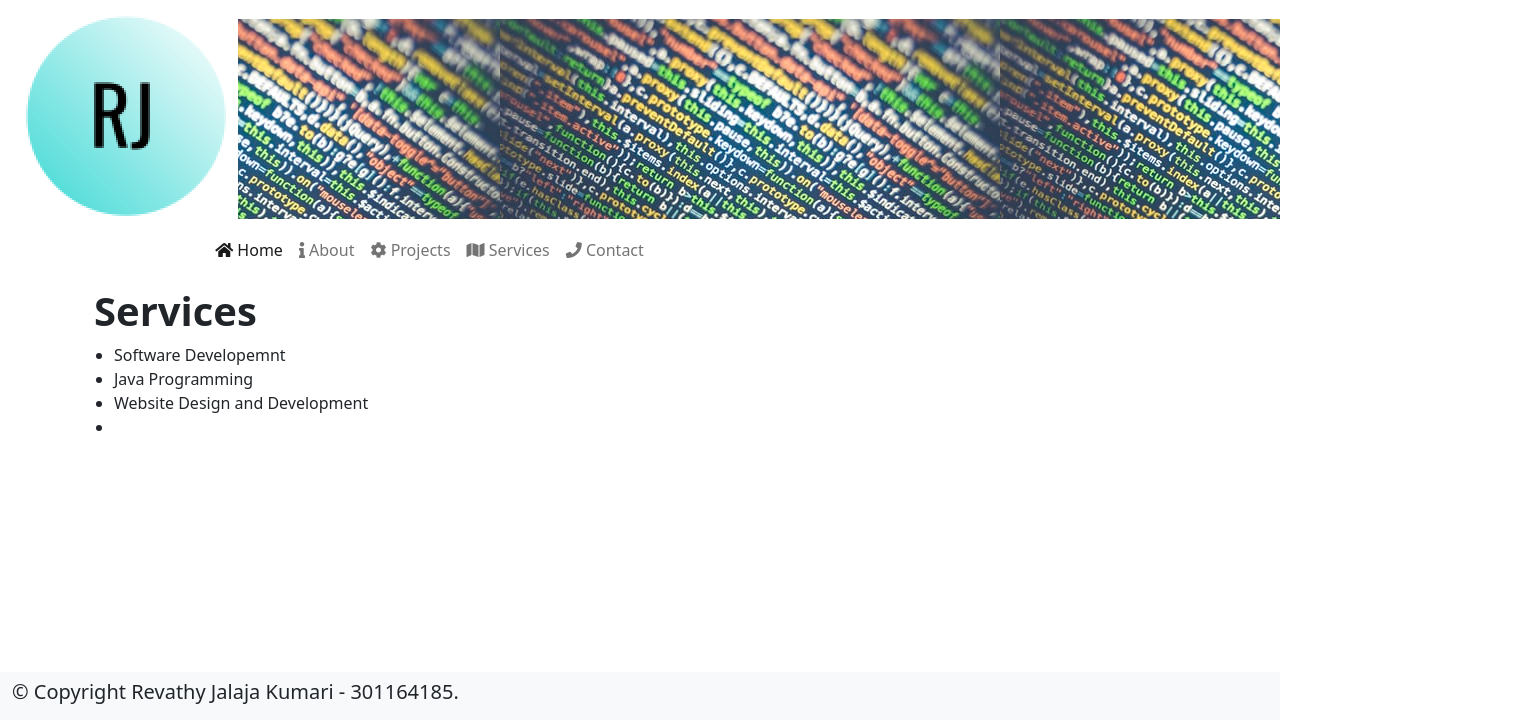
Repository: RevathyJK/Portfolio
Page: http://localhost/services
An editor plug-in stored every save of this project. The page is shown before and after a run of saves, followed by the edit.
The browser window is 1280 px wide. The page is 1519 px wide, so the pictures cover 1519 px, including what lies to the right of the window. The pictures show the whole page.
The page is served by the project's Node server (server.js). Other server files are loaded and not shown.

Above is the page before, as saved 2021-10-01 14:13:50.

### Server/Views/index.ejs
<!DOCTYPE html>
<html lang="en">
<head>
    <meta charset="UTF-8">
    <meta http-equiv="X-UA-Compatible" content="IE=edge">
    <meta name="viewport" content="width=device-width, initial-scale=1.0">
    <title><%= title %></title>
    <!-- CSS Section -->
    <link rel="stylesheet" href="./Content/app.css">
    <link rel="stylesheet" href="./bootstrap/dist/css/bootstrap.min.css">
    <link rel="stylesheet" href="./@fortawesome/fontawesome-free/css/all.min.css">
</head>
<body>
    <!-- Main Navigation Section -->
    <header>
      <%- include('components/header.ejs'); %>
    </header>


    <!-- Content Section -->
    <main>
      <div class="container">
        <%- include('content/' + page + '.ejs'); %>
      </div>
    </main>

    <footer>
    <%- include('components/footer.ejs'); %>
    </footer>

    <!-- JavaScript Section -->
    <script src="./jquery/dist/jquery.min.js"></script>
    <script src="./bootstrap/dist/js/bootstrap.min.js"></script>
    <script src="./@fortawesome/fontawesome-free/js/all.min.js"></script>

    <script src="./Scripts/app.js"></script>
</body>
</html>

### Server/Views/components/header.ejs

<table>
<tr>
  <td class="over"><img src="logo.png"></td>
  <td><div  class="header-img"></div></td>
</tr>
</table>


<div id="allPage">

<nav class="navbar navbar-expand-lg navbar-light navcustom">
  <div class="container-fluid">
    <a class="navbar-brand"></a>
    <button class="navbar-toggler" type="button" data-bs-toggle="collapse" data-bs-target="#navbarSupportedContent" aria-controls="navbarSupportedContent" aria-expanded="false" aria-label="Toggle navigation">
      <span class="navbar-toggler-icon"></span>
    </button>
    <div class="collapse navbar-collapse" id="navbarSupportedContent" >
      <ul class="navbar-nav ms-auto mb-2 mb-lg-0">
        <li class="nav-item">
          <a class="nav-link active" href="/home"><i class="fas fa-home"></i> Home</a>
        </li>
        <li class="nav-item">
          <a class="nav-link" href="/about"><i class="fas fa-info"></i> About</a>
        </li>
        <li class="nav-item">
          <a class="nav-link" href="/projects"><i class="fas fa-cog"></i> Projects</a>
        </li>
        <li class="nav-item">
          <a class="nav-link" href="/services"><i class="fas fa-map"></i> Services</a>
        </li>

        <li class="nav-item">
          <a class="nav-link" href="/contact"><i class="fas fa-phone"></i> Contact</a>
        </li>
      </ul>
    </div>
  </div>
</nav>
<br>

</div>

### Server/Views/content/services.ejs
<div class="container">
        <h1><strong><%= title %></strong></h1>
</div>
<div>
        <ul>
                <li>Software Developemnt</li>
                <li>Java Programming</li>
                <li>Website Design and Development</li>
                <li></li>

        </ul>

</div>

### Server/Views/components/footer.ejs
<div id ="allPage">
<nav class="navbar fixed-bottom navbar-light bg-light">
    <div class="container-fluid">
        <h5>&copy; Copyright Revathy Jalaja Kumari - 301164185.</h5>
    </div>
</nav>
</div>

### server.js
#!/usr/bin/env node
"use strict";
/**
 * Module dependencies.
 */
var __importDefault = (this && this.__importDefault) || function (mod) {
    return (mod && mod.__esModule) ? mod : { "default": mod };
};
Object.defineProperty(exports, "__esModule", { value: true });
const app_1 = __importDefault(require("./Server/Config/app"));
const debug_1 = __importDefault(require("debug"));
(0, debug_1.default)('comp229-f2021-lesson4:server');
const http_1 = __importDefault(require("http"));
/**
 * Get port from environment and store in Express.
 */
let port = normalizePort(process.env.PORT || '3000');
app_1.default.set('port', port);
/**
 * Create HTTP server.
 */
let server = http_1.default.createServer(app_1.default);
/**
 * Listen on provided port, on all network interfaces.
 */
server.listen(port);
server.on('error', onError);
server.on('listening', onListening);
/**
 * Normalize a port into a number, string, or false.
 */
function normalizePort(val) {
    let port = parseInt(val, 10);
    if (isNaN(port)) {
        // named pipe
        return val;
    }
    if (port >= 0) {
        // port number
        return port;
    }
    return false;
}
/**
 * Event listener for HTTP server "error" event.
 */
function onError(error) {
    if (error.syscall !== 'listen') {
        throw error;
    }
    let bind = typeof port === 'string'
        ? 'Pipe ' + port
        : 'Port ' + port;
    // handle specific listen errors with friendly messages
    switch (error.code) {
        case 'EACCES':
            console.error(bind + ' requires elevated privileges');
            process.exit(1);
            break;
        case 'EADDRINUSE':
            console.error(bind + ' is already in use');
            process.exit(1);
            break;
        default:
            throw error;
    }
}
/**
 * Event listener for HTTP server "listening" event.
 */
function onListening() {
    let addr = server.address();
    let bind = typeof addr === 'string'
        ? 'pipe ' + addr
        : 'port ' + addr.port;
    (0, debug_1.default)('Listening on ' + bind);
}
//# sourceMappingURL=server.js.map

### Server/Routes/index.js
"use strict";
var __importDefault = (this && this.__importDefault) || function (mod) {
    return (mod && mod.__esModule) ? mod : { "default": mod };
};
Object.defineProperty(exports, "__esModule", { value: true });
const express_1 = __importDefault(require("express"));
const router = express_1.default.Router();
exports.default = router;

/* GET home page. */
router.get('/', function (req, res, next) {
    res.render('index', { title: 'Home', page: 'home' });
});
/* GET home page. */
router.get('/home', function (req, res, next) {
    res.render('index', { title: 'Home', page: 'home' });
});
/* GET about page. */
router.get('/about', function (req, res, next) {
    res.render('index', { title: 'Revathy Jalaja Kumari', page: 'about' });
});
/* GET projects page. */
router.get('/projects', function (req, res, next) {
    res.render('index', { title: 'Projects', page: 'projects' });
});
/* GET services page. */
router.get('/services', function (req, res, next) {
    res.render('index', { title: 'Services', page: 'services' });
});
/* GET contact page. */
router.get('/contact', function (req, res, next) {
    res.render('index', { title: 'Contact Me', page: 'contact' });
});





//module.exports = router;
//# sourceMappingURL=index.js.map

### Client/Content/app.css
#allPage {
	width: 80%;
      margin: auto;
      max-width: 1200px;
      display: grid;
	/*grid-template-columns: 150px auto auto;
	grid-template-rows: auto auto auto ; */
}

nav ul {
    display: flex;
    flex-direction: column;
    flex-wrap: nowrap;
    color: #FFFFFF;
    position: absolute;
}

.navcustom{

    width: 90%;
      margin: auto;
      max-width: 1200px;
      color: #FFFFFF;
}

img {
    padding-left: 1px;
    padding-right: 10px;
    padding-top: 15px;
    padding-bottom: 20px;;
}

.over{

    padding-left: 25px;
}

.header-img {

    height: 200px;
    width:1280px;
    background: url("banner.jpg") repeat ;
    background-attachment: fixed;
    background-size: auto;


  }

### Client/Scripts/app.js
"use strict";
/* custom js goes here */
// IIFE - Immediately Invoked Function Expression (AKA an anonymous self-executing function)
(function () {
    function Start() {
        console.log("App Started...");
    }
    window.addEventListener("load", Start);
})();
//# sourceMappingURL=app.js.map

After the next 2 saves:
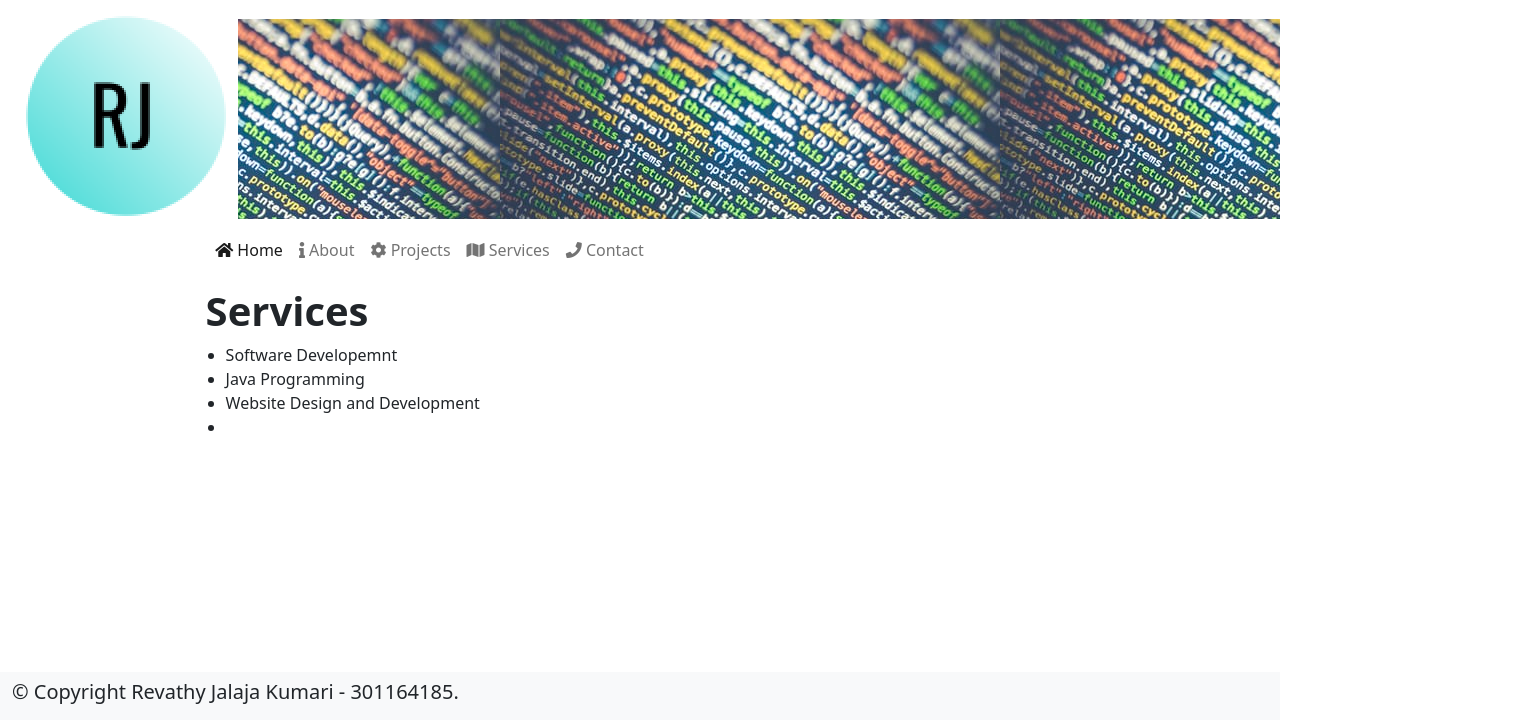
The 2 saves are shown as one change because they came seconds apart.
The last was saved 56 s later.
--- a/Server/Views/content/services.ejs
+++ b/Server/Views/content/services.ejs
@@ -1,3 +1,4 @@
+<div id="allPage">
 <div class="container">
         <h1><strong><%= title %></strong></h1>
 </div>
@@ -11,3 +12,4 @@
         </ul>
 
 </div>
+</div>
